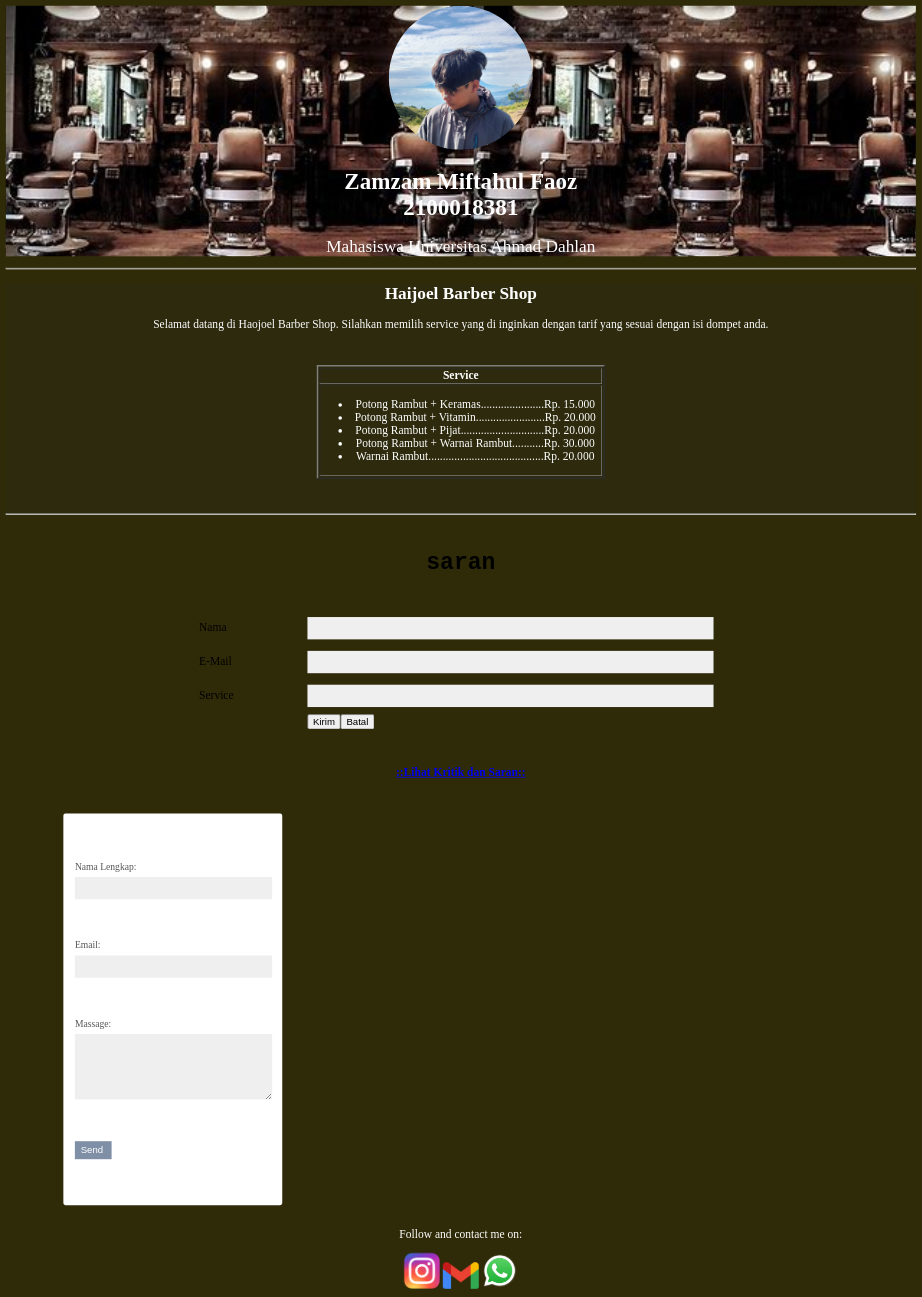
Repository: zamzam00001111/Responsi-Pweb
Page: barber.html
These files come from the project's save history. The page is drawn as it stood at one moment and after the next save; the edit follows.
The browser window is 1280 px wide. The pictures show the whole page, at 72% of full size.

Above is the page before, as saved 2022-07-21 04:33:21.
Not found: script.js

### barber.html
<!DOCTYPE html>
<html>
<head>
    <meta charset="UTF-8">
    <meta name="viewport" content="width=device-width, initial-scale=1.0">
    <meta http-equiv="Content-Type" content="text/html; charset=iso-8859-1">
    <title>Muhamad Dimas Joreski personal web</title>
    <link rel="stylesheet" type="text/css" href="layout.css">
    <link rel="stylesheet" type="text/php" href="proses.php">
</head>
<body>
    <header>
        <img src="my.jpg" width="200" height="200" style="border-radius: 50%;"/>
        <h1>Zamzam Miftahul Faoz<br>2100018381</h1>
        <p><font size="5">Mahasiswa Universitas Ahmad Dahlan</p></font>
    </header>
    <hr>
      <article>
        <h2>Haijoel Barber Shop</h2>
        <p>
            Selamat datang di Haojoel Barber Shop. Silahkan memilih service yang di inginkan dengan tarif yang sesuai dengan isi dompet anda.
        </p>
    <div>
        <table border="2" width="100%">
            <thead>
                <tr>
                    <th>Service </th>
                </tr>
            </thead>
            <tbody>
                <tr>
                    <td>
                        <ul>
                            <li>Potong Rambut + Keramas......................Rp. 15.000</li>
                            <li>Potong Rambut + Vitamin........................Rp. 20.000</li>
                            <li>Potong Rambut + Pijat.............................Rp. 20.000</li>
                            <li>Potong Rambut + Warnai Rambut...........Rp. 30.000</li>
                            <li>Warnai Rambut........................................Rp. 20.000</li>
                        </ul>
                    </td>
                </tr>
            </tbody>
        </table>
    </div>
    <hr />
    </article>
    <div class="critic" align="center"><strong><font size="6" face="Courier New, Courier, mono">saran </font></strong></div>
<form name="form1" method="post" action="proses.php">
    <table class="saran " width="58%" border="0" align="center">
        <tr>
            <td>Nama</td>
            <td><input name="nama" type="text" id="nama"></td>
        </tr>

        <tr>
            <td>E-Mail</td>
            <td><input name="email" type="text" id="email"></td> </tr>
        </tr>

        <tr>
            <td>Service</td>
            <td><input name="service" type="text" id="service"></td>
        </tr>

        <tr>
            <td></td>
            <td><input type="submit" name="Submit" value="Kirim"><input type="reset" name="Submit2" value="Batal">
        </td>
        </tr>
    </table>
</form>
<div class="lihat" align="center"><strong><a href="lihat.php">::Lihat Kritik dan Saran::
</a></strong></div>

<div class="login" >
    <form action="#" method="POST" onSubmit="validasi()">
        <div>
            <label>Nama Lengkap:</label>
            <input type="text" name="nama" id="nama" />
        </div>
        <div>
            <label>Email:</label>
            <input type="email" name="email" id="email" />
        </div>
        <div>
            <label>Massage:</label>
            <textarea cols="40" rows="5" name="massage" id="massage"></textarea>
        </div>
        <div>
            <input type="submit" value="Send " class="tombol">
        </div>
    </form>
</div>

<script type="text/javascript">
    function validasi() {
        var nama = document.getElementById("nama").value;
        var email = document.getElementById("email").value;
        var alamat = document.getElementById("massage").value;
        if (nama != "" && email!="" && massage !="") {
            alert('Terimakasih sudah Mengirim pesan')
            return true;

        }else{
            alert('Anda harus mengisi data dengan lengkap !');
        }
    }
</script>
    <footer>
        <p>
            Follow and contact me on:
        </p>
        <a href="https://www.instagram.com/dimas.kj_/"><img width="50px" src="instagram.jpg"></a>
        <a href="mailto:jore.sky321@gmail.com"><img width="50px" src="gmail.png"></a>
        <a href="whatsapp://send?text=Hello&phone=082290722762"><img width="50px" src="whatsapp.png"></a>
    </footer>
    <script src="script.js"></script>
</body>
</html>

### layout.css
body{
	background-color: #2f2b09;
}
header{
    color: white;
    text-align: center;
    background-image: url(oip.jpg);
    background-size: 650px;
}
article{
    color: white;
    text-align: center;
    background-color: #2d2a0d;
}
div{
	max-width: 400px;
	margin: 3em auto;
}
footer{
    color: white;
    text-align: center;
}
.login {
    position: relative;
    right: 400px;
    padding: 1em;
    margin: 2em auto;
    width: 17em;
    background: #fff;
    border-radius: 3px;
  }

  label {
    font-size: 10pt;
    color: #555;
  }

  input[type="text"],
  input[type="email"],
  textarea {
    padding: 8px;
    width: 95%;
    background: #efefef;
    border: 0;
    font-size: 10pt;
    margin: 6px 0px;
  }

  .tombol {
    background: #7f8fa6;
    color: #fff;
    border: 0;
    padding: 5px 8px;
  }

After the next save:
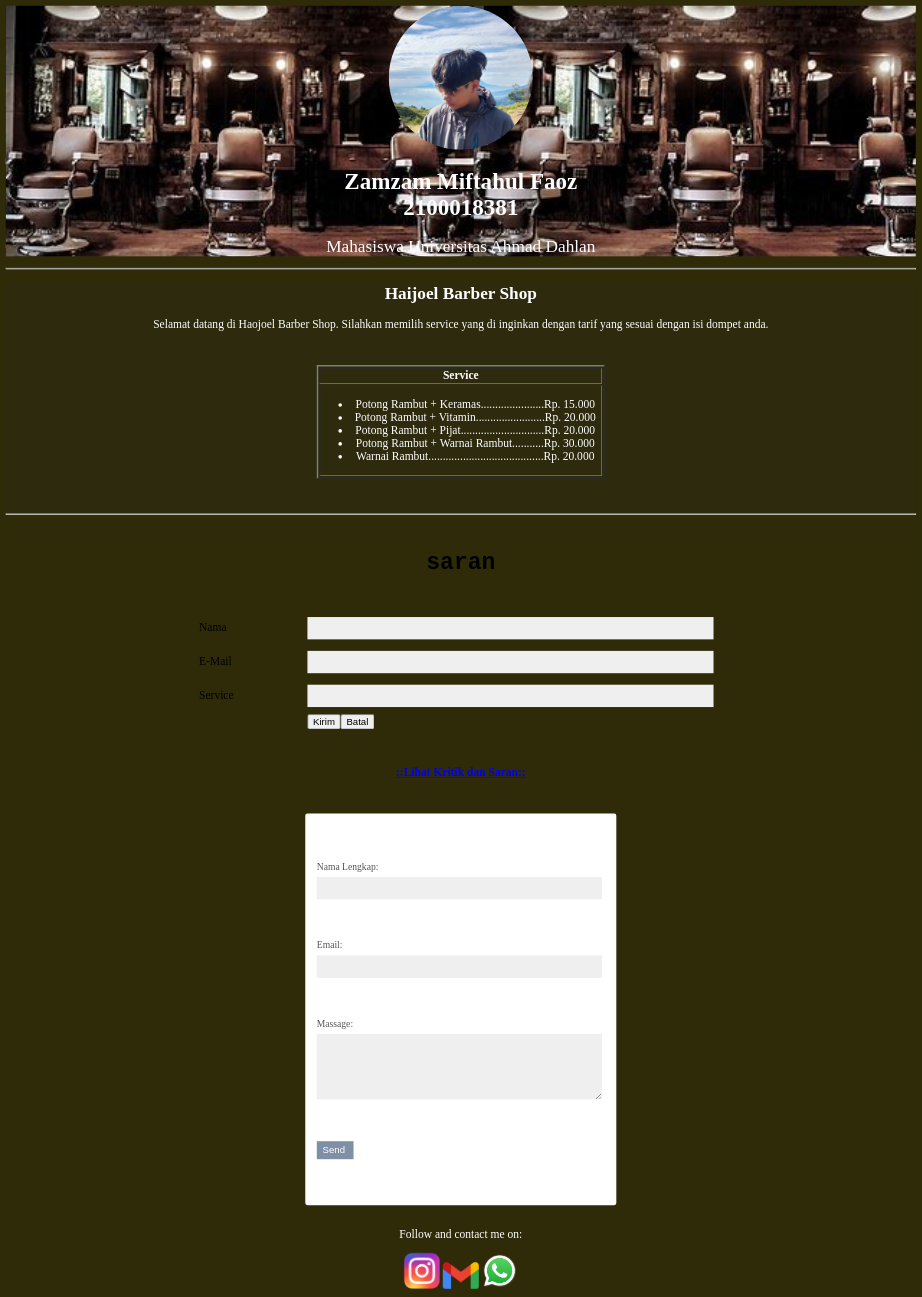
Saved 60 s later.
--- a/layout.css
+++ b/layout.css
@@ -21,11 +21,9 @@ footer{
     text-align: center;
 }
 .login {
-    position: relative;
-    right: 400px;
     padding: 1em;
     margin: 2em auto;
-    width: 17em;
+    width: 120em;
     background: #fff;
     border-radius: 3px;
   }
